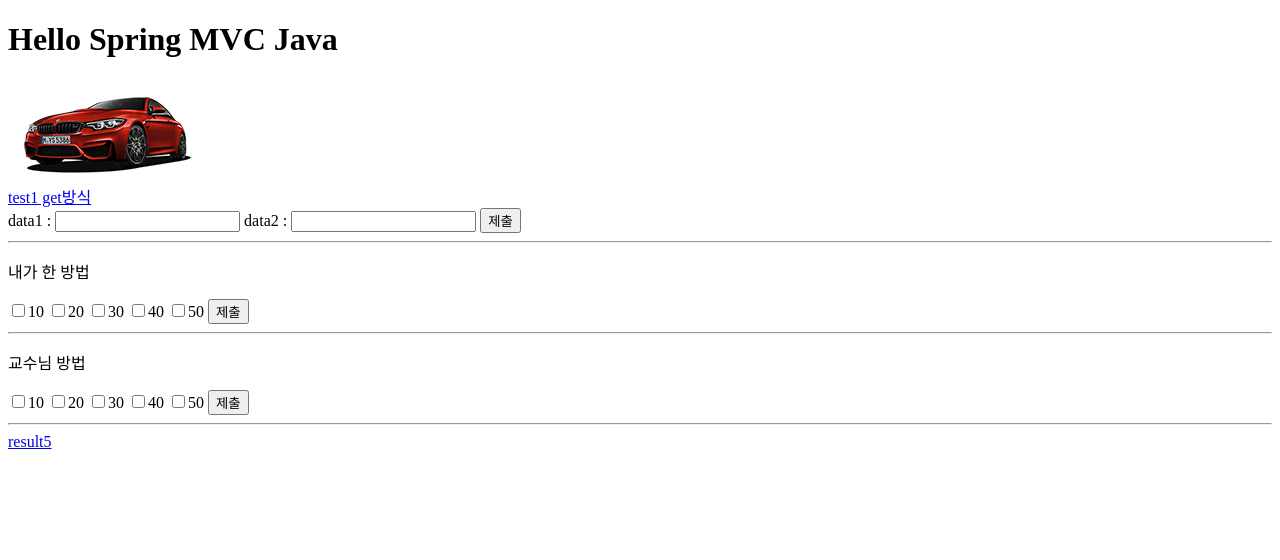
Repository: kangseongwuk/Spring
Page: http://localhost/WebSpringSample3_parameter/WEB-INF/views/index.jsp
An editor plug-in stored every save of this project. The page is shown before and after the next save, followed by the edit.
The browser window is 1280 px wide. The pictures show the whole page.
The page is served by Tomcat 9. Nobody is signed in. The template is opened directly, without the code that normally fills it, so the values that code supplies are empty.

Above is the page before, as saved 2022-10-11 05:26:30.
Console error: TypeError: Cannot read properties of null (reading 'checked')

After the next save:
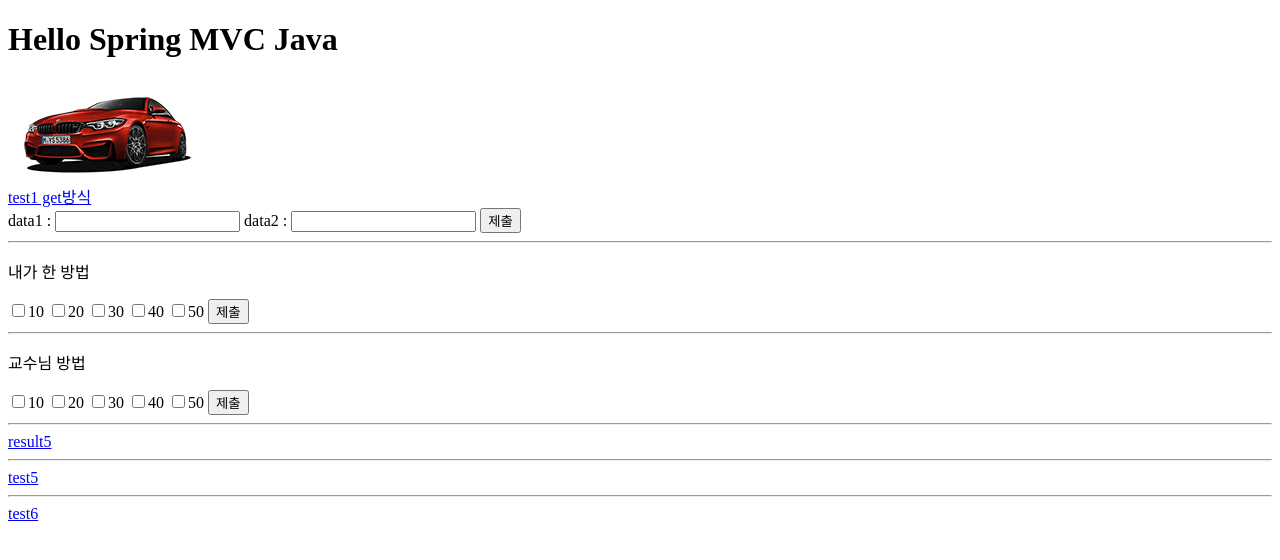
Saved 17 min 54 s later.
--- a/WebSpringSample3_parameter/src/main/webapp/WEB-INF/views/index.jsp
+++ b/WebSpringSample3_parameter/src/main/webapp/WEB-INF/views/index.jsp
@@ -61,6 +61,10 @@
 	</form>
 	<hr>
 	<a href="result5?data1=100&data2=200&data3=300&data4=400&data5=500">result5</a>
+	<hr>
+	<a href="test5/100/200/300/400/500">test5</a>
+	<hr>
+	<a href="test6?data1=100&data2=200&data3=300&data4=400&data5=500">test6</a>
 
 
 </body>
